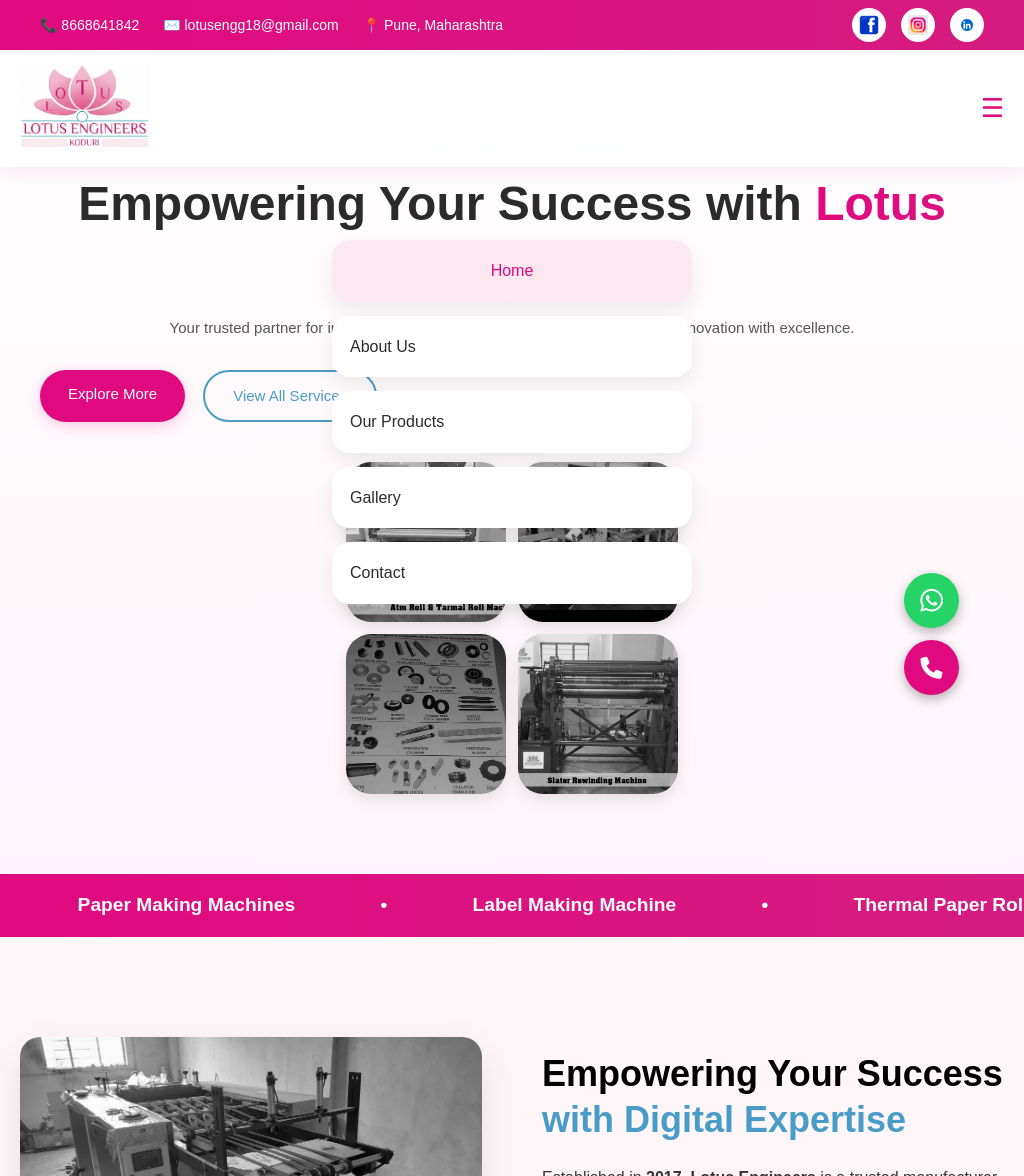
Repository: Khushichugh14/lotus-engineers
Page: index.html
An editor plug-in stored every save of this project. The page is shown before and after the next save, followed by the edit.
The browser window is 1024 px wide. The pictures show the part of the page from y = 0 to 1176 px (the page is 5927 px tall).
After loading, the first visible `#menu-toggle` was clicked once.
A picture or video elsewhere on the page could not be fetched, so the positions and the page height are approximate.

Above is the page before, as saved 2025-12-24 12:27:11.

### index.html
<!DOCTYPE html>
<html lang="en">
<head>
  <meta charset="UTF-8" />
  <meta name="viewport" content="width=device-width, initial-scale=1.0" />
  <title>Lotus Engineers</title>
  <link rel="stylesheet" href="style.css" />
  <script src="script.js" defer></script>
  <!-- Font Awesome Icons -->
<link rel="stylesheet" href="navbar.css" />
<script src="navbar.js" defer></script>
  <link rel="stylesheet" href="footer.css" />
  <link
  rel="stylesheet"
  href="https://cdnjs.cloudflare.com/ajax/libs/font-awesome/6.5.1/css/all.min.css"
/>


</head>
<body>




  <!-- ===== Hero Section ===== -->
  <section id="home" class="hero">
    <div class="hero-container">
      <!-- Left Content -->
      <div class="hero-left">
        <h5>Reliable Industrial Partners</h5>
        <h1>Empowering Your Success with <span>Lotus Engineers</span></h1>
        <p>
          Your trusted partner for industrial machinery and printing solutions,
          blending innovation with excellence.
        </p>
        <div class="hero-buttons">
          <a href="#products" class="btn primary">Explore More</a>
          <a href="#about" class="btn secondary">View All Services</a>
        </div>
      </div>

      <!-- Right Image Grid -->
      <div class="hero-right">
        <div class="image-grid">
          <img src="images/atm-1.jpeg.jpg" alt="">
              <img src="images/flexo-label-printing-machine (1).jpg" alt="">
         <img src="images/WhatsApp Image 2025-11-14 at 11.52.01_70df9b95.jpg" alt="">
          <img src="images/slater-.jpeg.jpg" alt="">
        </div>

      </div>
    </div>
  </section>


<section class="product-strip">
  <div class="scrolling-wrapper">
    <div class="scrolling-content">
      <span>Cutting Machine</span>
      <span>•</span>
      <span>Printing Machine</span>
      <span>•</span>
      <span>Paper Making Machines</span>
      <span>•</span>
      <span>Label Making Machine</span>
      <span>•</span>
      <span>Thermal Paper Roll Making Machine</span>
      <span>•</span>
      <span>Flexographic Printing Machine</span>
      <span>•</span>
      <span>Slitter Rewinder Machine</span>
      <span>•</span>
      <span>Die Cutting Machine</span>
      <span>•</span>
      <span>Sheet Cutting Machine</span>
      <span>•</span>
      <span>Packaging Label Machine</span>
      <span>•</span>
      <span>Automatic Labeling Machine</span>
      <span>•</span>
      <span>Paper Cutting Machine</span>
      <span>•</span>
    </div>
  </div>
</section>

  <!-- ===== About Us Section ===== -->
<section id="about" class="about">
  <div class="about-container">
    <!-- LEFT SIDE IMAGES -->
    <div class="about-left">
      <div class="img-top">
        <img src="images/product-jpeg (1).jpg"alt="Team Discussion" />
      </div>
      <div class="img-bottom">
        <img src="images/rotary-die-cutting-machine.jpg" alt="Business Meeting" />
      </div>
    </div>

    <!-- RIGHT SIDE CONTENT -->
    <div class="about-right">
      <h2>Empowering Your Success<br /><span>with Digital Expertise</span></h2>
      <p>
        Established in <strong>2017</strong>, <strong>Lotus Engineers</strong> is a trusted manufacturer and supplier of
        <strong>A4 Size Copier Paper</strong>, <strong>Paper Cutting Machines</strong>, and
        <strong>Thermal Paper Rolls</strong>. Based in Pune, Maharashtra, we focus on
        innovation, quality, and long-term customer partnerships to deliver excellence in
        every product.
      </p>

      <div class="progress-section">
        <div class="progress-item">
          <div class="label">
            <strong>Manufacturing Excellence</strong> <span>85%</span>
          </div>
          <div class="progress-bar">
            <div class="progress" style="width: 85%"></div>
          </div>
        </div>

        <div class="progress-item">
          <div class="label">
            <strong>Innovation & Quality</strong> <span>90%</span>
          </div>
          <div class="progress-bar">
            <div class="progress" style="width: 90%"></div>
          </div>
        </div>

        <div class="progress-item">
          <div class="label">
            <strong>Customer Satisfaction</strong> <span>95%</span>
          </div>
          <div class="progress-bar">
            <div class="progress" style="width: 95%"></div>
          </div>
        </div>
      </div>
      <a href="#about-us" class="btn-about">About Us →</a>
    </div>
  </div>
</section>

  <!-- ===== Why Choose Us Section ===== -->
  <section id="why-us" class="why-choose-us">
    <div class="wcu-container">
      <div class="wcu-left">
        <div class="finix-text">
          <h6>Transparent process</h6>
          <h2>Why people choose us</h2>
          <p>We follow a clear end‑to‑end process: consult, design, manufacture, install, and support. Timelines are shared upfront, quality is documented, and communication stays transparent at every step.</p>
          <div class="wcu-media">
            <img src="https://raw.githubusercontent.com/farazc60/Project-Images/main/why_choose_us.png" alt="Why choose us image">
          </div>
        </div>
      </div>
      <div class="wcu-right">
        <div class="wcu-features">
          <div class="feature-box">
            <div class="feature-box-content">
              <div class="fbc-btn"><span>✓</span></div>
              <h3>Quality Assurance</h3>
              <p>ISO-aligned checks, component testing, and trial runs ensure dependable performance.</p>
            </div>
          </div>
          <div class="feature-box">
            <div class="feature-box-content">
              <div class="fbc-btn"><span>⏱</span></div>
              <h3>On-time Delivery</h3>
              <p>Committed schedules backed by planned production and reliable logistics.</p>
            </div>
          </div>
          <div class="feature-box">
            <div class="feature-box-content">
              <div class="fbc-btn"><span>🛠</span></div>
              <h3>PAN‑India Service</h3>
              <p>Installation, training, and responsive after‑sales support across India.</p>
            </div>
          </div>
          <div class="feature-box active-feature">
            <div class="feature-box-content">
              <div class="fbc-btn"><span>₹</span></div>
              <h3>Transparent Pricing</h3>
              <p>Fair quotations with no hidden costs and clear total‑cost ownership.</p>
            </div>
          </div>
        </div>
      </div>
    </div>
  </section>

  <!-- ===== Products Section ===== -->
  <section id="products" class="products">
    <div class="products-head">
      <h2>Our Products</h2>
      <p>Precision-built machinery for modern manufacturing.</p>
    </div>
    <div class="product-grid premium">
      <div class="product-card glass">
        <div class="pc-img">
          <img src="images/rotary-die-cutting-machine.jpg" alt="Rotary Die Cutting Machine" />
          <span class="pc-tag">Cutting</span>
        </div>
        <div class="pc-body">
          <h3>Rotary Die Cutting</h3>
          <p>High precision, robust build, efficient throughput.</p>
        </div>
      </div>
      <div class="product-card glass">
        <div class="pc-img">
          <img src="images/paper-cutting-machine.jpeg.jpg" alt="Paper Sheet Cutting Machine" />
          <span class="pc-tag">Cutting</span>
        </div>
        <div class="pc-body">
          <h3>Paper Sheet Cutting</h3>
          <p>Reliable, fast, and safety compliant for industry.</p>
        </div>
      </div>
      <div class="product-card glass">
        <div class="pc-img">
          <img src="images/paper-slitting-machine-250x250.webp" alt="Paper Slitting Machine" />
          <span class="pc-tag">Slitting</span>
        </div>
        <div class="pc-body">
          <h3>Paper Slitting</h3>
          <p>Precision slitting with low maintenance design.</p>
        </div>
      </div>
      <div class="product-card glass">
        <div class="pc-img">
          <img src="images/flexo-label-printing-machine.jpg" alt="Flexographic Printing Machine" />
          <span class="pc-tag">Printing</span>
        </div>
        <div class="pc-body">
          <h3>Flexographic Printing</h3>
          <p>High-speed printing with consistent quality output.</p>
        </div>
      </div>
    </div>
    <div class="products-foot">
      <a href="products.html" class="btn primary">View All Products</a>
    </div>


  </section>








  <!-- ===== Testimonials Section ===== -->
  <section id="testimonials" class="testimonials">
    <h2>What Our Clients Say</h2>

    <div class="testimonial-box">

      <!-- Testimonial 1 -->
      <div class="info t1">
        <p>"Lotus Engineers provided excellent quality and timely service. Highly recommended!
          Lotus Engineers provided excellent quality and timely service. Highly recommended! "</p>
        <h4>— Ramesh Industries</h4>
        <div class="bottom-line"></div>
      </div>

      <!-- Testimonial 2 -->
      <div class="info t2">
        <p>"Their machines are durable and efficient. We’ve been long-term customers."</p>
        <h4>— Global Print Solutions</h4>
        <div class="bottom-line"></div>
      </div>

      <!-- Testimonial 3 -->
      <div class="info t3">
        <p>"Exceptional customer service and reliable machinery!"</p>
        <h4>— Sai Packaging Pvt. Ltd.</h4>
        <div class="bottom-line"></div>
      </div>

    </div>
  </section>




  <!-- Footer removed. Loaded dynamically from footer.html via navbar.js -->

<!-- ==========================
     Floating WhatsApp & Call Buttons
========================== -->
<section id="floating-buttons" style="
  position: fixed;
  bottom: 25px;
  right: 25px;
  display: flex;
  flex-direction: column;
  gap: 12px;
  z-index: 9999;
">

  <!-- WhatsApp -->
  <a href="https://wa.me/7720060073" target="_blank"
     style="
      background:#25D366;
      width:55px;
      height:55px;
      border-radius:50%;
      display:flex;
      align-items:center;
      justify-content:center;
      box-shadow:0 4px 12px rgba(0,0,0,.3);
      color:white;
      font-size:26px;
     "
     title="Chat on WhatsApp">
    <i class="fa-brands fa-whatsapp"></i>
  </a>

  <!-- Call -->
  <a href="tel:9850110532"
     style="
      background:#e10980;
      width:55px;
      height:55px;
      border-radius:50%;
      display:flex;
      align-items:center;
      justify-content:center;
      box-shadow:0 4px 12px rgba(0,0,0,.3);
      color:white;
      font-size:22px;
     "
     title="Call Now">
    <i class="fa-solid fa-phone"></i>
  </a>

</section>



</body>
</html>

### navbar.css
/* ========================== TOP BAR ========================== */
.top-bar {
  background: linear-gradient(90deg, #e10980, #d51c80);
  color: #fff;
  display: flex;
  justify-content: space-between;
  align-items: center;
  padding: 8px 40px;
  font-size: 14px;
}

.contact-info span {
  margin-right: 20px;
  display: inline-flex;
  align-items: center;
}

/* ========================== SOCIAL ICONS ========================== */
.social-icons {
  display: flex;
  align-items: center;
  gap: 15px;
}

.social-icons a {
  display: inline-flex;
  align-items: center;
  justify-content: center;
  width: 34px;
  height: 34px;
  border-radius: 50%;
  background: #fff;
  overflow: hidden;
  transition: transform 0.3s ease, box-shadow 0.3s ease;
}

.social-icons a:hover {
  transform: translateY(-3px);
  box-shadow: 0 4px 10px rgba(225, 9, 128, 0.3);
}

.social-icons img {
  width: 20px;
  height: 20px;
  object-fit: contain;
  transition: transform 0.3s ease;
}
.social-icons a:hover img { transform: scale(1.08); }


/* ========================== NAVBAR ========================== */
.navbar {
  position: fixed;
  top: 0;
  width: 100%;
  background: rgba(255, 255, 255, 0.95);
  backdrop-filter: blur(10px);
  z-index: 999;
  box-shadow: 0 4px 20px rgba(225, 9, 128, 0.1);
  transition: all 0.3s ease;
}

.nav-container {
  display: flex;
  align-items: center;
  justify-content: space-between;
  padding: 15px 20px;
  max-width: 1300px;
  margin: auto;
}

.logo img {
  width: 130px;
  transition: transform 0.3s ease;
}

.logo img:hover {
  transform: scale(1.05);
}

.nav-links {
  display: flex;
  gap: 30px;
  align-items: center;
}

.nav-links a {
  color: #2b2b2b;
  font-weight: 500;
  position: relative;
  transition: color 0.3s ease;
  text-decoration: none;
}

.nav-links a::after {
  content: "";
  position: absolute;
  bottom: -6px;
  left: 0;
  width: 0%;
  height: 2px;
  background: linear-gradient(90deg, #e10980, #499cc8);
  transition: width 0.3s ease;
}

.nav-links a:hover::after,
.nav-links a.active::after {
  width: 100%;
}



.nav-links a:hover,
.nav-links a.active {
  color: #e10980;
}

/* ====== Search Box ====== */
.search-box {
  display: flex;
  align-items: center;
  border: 1.5px solid #e10980;
  border-radius: 25px;
  overflow: hidden;
  transition: 0.3s ease;
}

.search-box input {
  padding: 8px 12px;
  border: none;
  outline: none;
  font-size: 14px;
  width: 160px;
  transition: width .25s ease;
}

.search-box:focus-within input {
  width: 320px;
}

.search-box button {
  background: linear-gradient(90deg, #e10980, #499cc8);
  color: #fff;
  border: none;
  padding: 8px 15px;
  font-size: 14px;
  cursor: pointer;
  transition: opacity 0.3s ease;
}

.search-box button:hover {
  opacity: 0.85;
}

/* ====== Mobile Menu ====== */
.menu-toggle {
  display: none;
  color: #e10980;
  font-size: 26px;
  cursor: pointer;
}

/* ====== Mobile Dropdown Menu (NO OUTER BLOCK) ====== */
@media (max-width: 1024px) {

  .menu-toggle {
    display: block;
  }

  .search-box {
    display: none;
  }

  /* Dropdown container (no background, no card) */
  .nav-links {
    display: none;
    flex-direction: column;
    position: fixed;
    top: 120px;
    left: 50%;
    transform: translateX(-50%);
    width: 90%;
    max-width: 360px;
    padding: 0;                /* 🔴 no outer padding */
    background: transparent;  /* 🔴 remove outer block */
    box-shadow: none;         /* 🔴 remove outer shadow */
    gap: 14px;
    z-index: 1000;
  }

  .nav-links.active {
    display: flex;
  }

  /* Individual menu items only */
  .nav-links a {
    display: block;
    width: 100%;
    padding: 18px;
    background: #ffffff;
    border-radius: 18px;
    font-size: 16px;
    font-weight: 500;
    color: #2b2b2b;
    text-decoration: none;
    box-shadow: 0 8px 20px rgba(0,0,0,0.08);
    transition: all 0.25s ease;
  }

  .nav-links a:hover {
    background: #f5f5f5;
  }

  .nav-links a.active {
    background: #fde8f1;
    color: #e10980;
  }

  /* Remove desktop underline animation */
  .nav-links a::after {
    display: none;
  }
}

### footer.css
/* ========================== FOOTER REDESIGN ========================== */
.footer {
  background: linear-gradient(135deg, #c7d2fe 0%, #fbcfe8 100%);
  padding: 80px 20px 40px;
  font-family: "Poppins", sans-serif;
  color: #333;
  position: relative;
  overflow: hidden;
}

.footer-container {
  max-width: 1200px;
  margin: 0 auto;
  display: grid;
  grid-template-columns: repeat(3, 1fr);
  gap: 30px;
  background: rgba(255, 255, 255, 0.4);
  backdrop-filter: blur(15px);
  padding: 40px;
  border-radius: 40px;
  border: 1px solid rgba(255, 255, 255, 0.6);
  box-shadow: 0 15px 35px rgba(0, 0, 0, 0.05);
  position: relative;
  z-index: 2;
}

/* Footer Cards */
.footer-card {
  background: #ffffff;
  padding: 30px;
  border-radius: 25px;
  box-shadow: 0 8px 20px rgba(0, 0, 0, 0.04);
  display: flex;
  flex-direction: column;
}

/* About Card */
.footer-logo-container {
  margin-bottom: 20px;
}

.footer-logo-container img {
  max-height: 60px;
  border-radius: 8px;
}

.footer-about p {
  font-size: 14px;
  line-height: 1.6;
  color: #555;
  margin-bottom: 20px;
}

.footer-social {
  display: flex;
  gap: 12px;
  margin-top: auto;
}

.footer-social a {
  width: 40px;
  height: 40px;
  background: #e10980;
  color: #fff;
  border-radius: 50%;
  display: flex;
  align-items: center;
  justify-content: center;
  font-size: 16px;
  transition: transform 0.3s ease, background 0.3s ease;
  text-decoration: none;
}

.footer-social a:hover {
  transform: translateY(-3px);
  background: #c1076d;
}

/* Quick Links Card */
.footer-links h4 {
  color: #e10980;
  font-size: 18px;
  font-weight: 700;
  margin-bottom: 20px;
  position: relative;
}

.footer-links ul {
  list-style: none;
  padding: 0;
}

.footer-links li {
  margin-bottom: 12px;
}

.footer-links a {
  color: #555;
  text-decoration: none;
  font-size: 15px;
  transition: color 0.3s ease;
}

.footer-links a:hover {
  color: #e10980;
}

/* Contact Card */
.footer-contact h4 {
  color: #e10980;
  font-size: 18px;
  font-weight: 700;
  margin-bottom: 20px;
}

.footer-contact p {
  font-size: 14px;
  line-height: 1.6;
  color: #555;
  margin-bottom: 15px;
}

.footer-contact a {
  color: #0ea5e9;
  text-decoration: none;
}

.footer-contact a:hover {
  text-decoration: underline;
}

/* Footer Bottom */
.footer-bottom {
  text-align: center;
  margin-top: 50px;
  padding-top: 20px;
  border-top: 1px solid rgba(225, 9, 128, 0.2);
  font-size: 13px;
  color: #555;
}

.footer-bottom .dev-name {
  color: #e10980;
  font-weight: 600;
}

/* Responsive */
@media (max-width: 1024px) {
  .footer-container {
    grid-template-columns: repeat(2, 1fr);
  }
}

@media (max-width: 768px) {
  .footer {
    padding: 60px 15px 30px;
  }
  .footer-container {
    grid-template-columns: 1fr;
    padding: 25px;
    border-radius: 30px;
    gap: 20px;
  }
  .footer-card {
    padding: 20px;
  }
}

/* ==========================
   RESPONSIVE – FOOTER
========================== */

@media (max-width: 1024px) {
  .footer-container {
    grid-template-columns: repeat(2, 1fr);
  }
}

@media (max-width: 768px) {
  .footer-container {
    grid-template-columns: 1fr;
    text-align: center;
  }

  .footer-social {
    justify-content: center;
  }
}

### navbar.html
<!-- ===================== NAVBAR COMPONENT ===================== -->
<header class="navbar">
  <!-- ===== Top Bar ===== -->
  <div class="top-bar">
    <div class="contact-info">
      <span>📞 8668641842</span>
      <span>✉️ lotusengg18@gmail.com</span>
      <span>📍 Pune, Maharashtra</span>
    </div>

    <div class="social-icons">
      <a href="https://www.facebook.com/" target="_blank">
        <img src="images/facebook.png" alt="Facebook" />
      </a>
      <a href="https://www.instagram.com/" target="_blank">
        <img src="images/insta.avif" alt="Instagram" />
      </a>
      <a href="https://www.linkedin.com/" target="_blank">
        <img src="images/linkedin.webp" alt="LinkedIn" />
      </a>
    </div>
  </div>

  <!-- ===== Main Navbar ===== -->
  <div class="nav-container">
    <div class="logo">
      <img src="icons/logo.jpg" alt="Lotus Engineers Logo" />
    </div>

    <nav class="nav-links hidden" id="nav-links">
      <a href="index.html" class="nav-links">Home</a>
      <a href="about.html" class="nav-links">About Us</a>
      <a href="products.html" class="nav-links">Our Products</a>
      <a href="gallery.html" class="nav-links">Gallery</a>
      <a href="contact.html" class="nav-links">Contact</a>
    </nav>

    <div class="search-box">
      <input type="text" placeholder="Search..." />
      <button>Search</button>
    </div>

    <div class="menu-toggle" id="menu-toggle">&#9776;</div>
  </div>
</header>

### footer.html
<!-- footer.html -->
<footer class="footer">
  <div class="footer-container">
    <!-- About Card -->
    <div class="footer-card footer-about">
      <div class="footer-logo-container">
        <img src="icons/logo.jpg" alt="Lotus Engineers Logo" />
      </div>
      <p>
        <strong>Lotus Engineers</strong> — Manufacturer and Supplier of high-quality
        cutting and printing machinery, based in Pune, Maharashtra.
      </p>
      <div class="footer-social">
        <a href="#" target="_blank"><i class="fa-brands fa-facebook-f"></i></a>
        <a href="#" target="_blank"><i class="fa-brands fa-instagram"></i></a>
        <a href="#" target="_blank"><i class="fa-brands fa-linkedin-in"></i></a>
      </div>
    </div>

    <!-- Links Card -->
    <div class="footer-card footer-links">
      <h4>Quick Links</h4>
      <ul>
        <li><a href="#home">Home</a></li>
        <li><a href="#about">About</a></li>
        <li><a href="#products">Products</a></li>
        <li><a href="#contact">Contact</a></li>
      </ul>
    </div>

    <!-- Contact Card -->
    <div class="footer-card footer-contact">
      <h4>Contact Us</h4>
      <div class="contact-info">
        <p>Lotus Engineers Survey No. 30/27, Milkat No. 5/558, Dambar Plant Road, Dhayri Pune - 411041, Maharashtra, India</p>
        <p><strong>Call:</strong><br />
          <a href="tel:8688005711">8688005711</a><br />
          <a href="tel:9823386085">9823386085</a>
        </p>
        <p><strong>Email:</strong> <a href="mailto:info@lotusengineers.in">info@lotusengineers.in</a></p>
      </div>
    </div>
  </div>

  <div class="footer-bottom">
    <p>Developed by <span class="dev-name">DWI</span> © 2025 <strong>Lotus Engineers</strong>. All Rights Reserved.</p>
  </div>
</footer>

Loaded but not shown: navbar.js (81 lines, source omitted); script.js (26 lines, source omitted); style.css (1038 lines, source omitted)

After the next save:
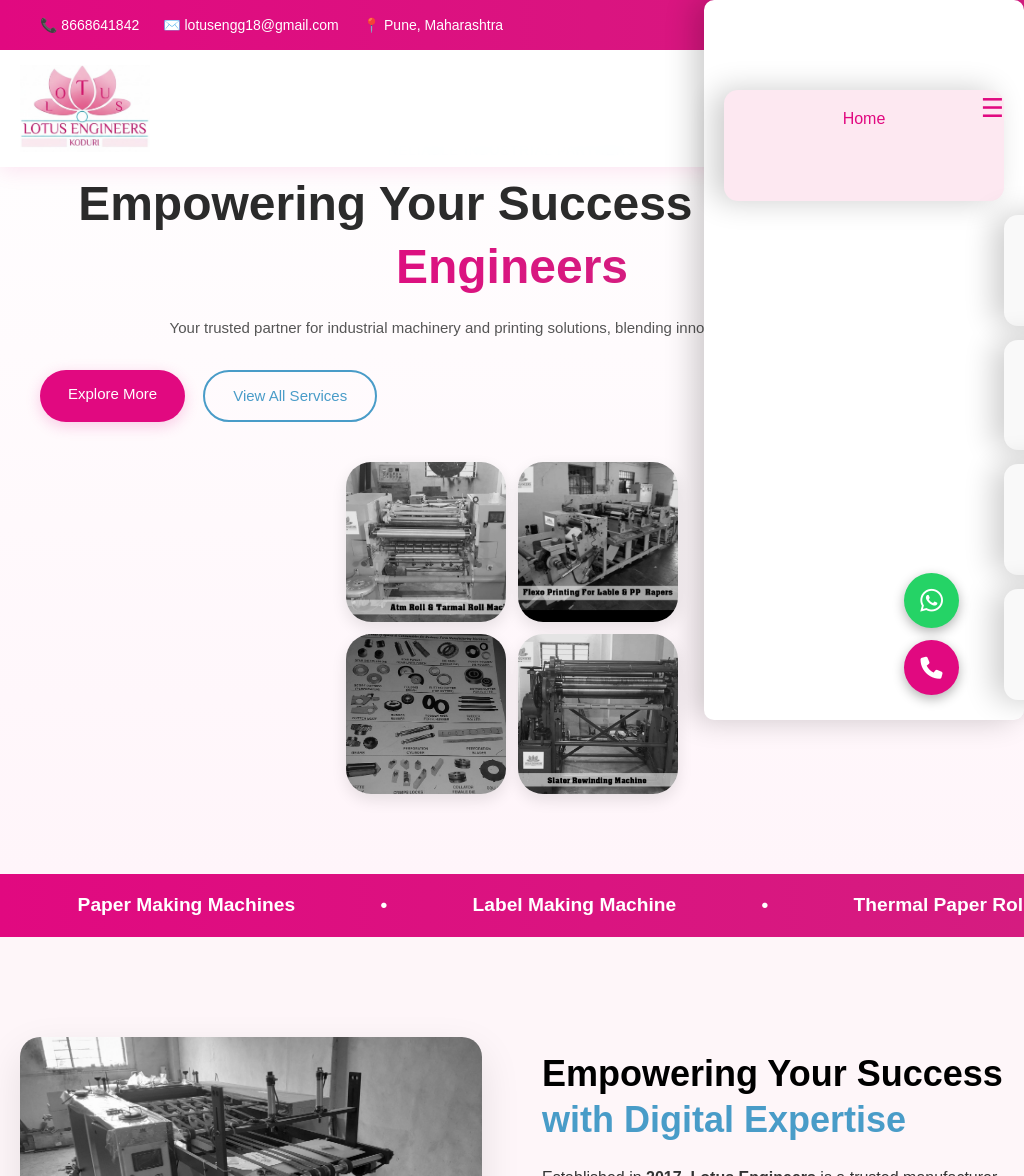
Saved 16 min 12 s later.
--- a/navbar.css
+++ b/navbar.css
@@ -160,55 +160,50 @@
   cursor: pointer;
 }
 
-/* ====== Mobile Dropdown Menu (NO OUTER BLOCK) ====== */
+/* ================= MOBILE / TABLET SIDEBAR ================= */
 @media (max-width: 1024px) {
 
   .menu-toggle {
     display: block;
+    z-index: 10001;
   }
 
   .search-box {
     display: none;
   }
 
-  /* Dropdown container (no background, no card) */
+  /* Sidebar container */
   .nav-links {
-    display: none;
+    position: fixed;
+    top: 0;
+    right: -100%;
+    width: 75%;
+    max-width: 320px;
+    height: 100vh;
+    background: #ffffff;
+    display: flex;
     flex-direction: column;
-    position: fixed;
-    top: 120px;
-    left: 50%;
-    transform: translateX(-50%);
-    width: 90%;
-    max-width: 360px;
-    padding: 0;                /* 🔴 no outer padding */
-    background: transparent;  /* 🔴 remove outer block */
-    box-shadow: none;         /* 🔴 remove outer shadow */
+    padding: 90px 20px 20px;
     gap: 14px;
-    z-index: 1000;
-  }
-
+    box-shadow: -10px 0 30px rgba(0,0,0,0.2);
+    transition: right 0.35s ease;
+    z-index: 10000;
+  }
+
+  /* Open state */
   .nav-links.active {
-    display: flex;
-  }
-
-  /* Individual menu items only */
+    right: 0;
+  }
+
+  /* Menu items */
   .nav-links a {
-    display: block;
     width: 100%;
-    padding: 18px;
-    background: #ffffff;
-    border-radius: 18px;
+    padding: 16px 18px;
+    border-radius: 14px;
+    background: #f9f9f9;
     font-size: 16px;
-    font-weight: 500;
     color: #2b2b2b;
     text-decoration: none;
-    box-shadow: 0 8px 20px rgba(0,0,0,0.08);
-    transition: all 0.25s ease;
-  }
-
-  .nav-links a:hover {
-    background: #f5f5f5;
   }
 
   .nav-links a.active {
